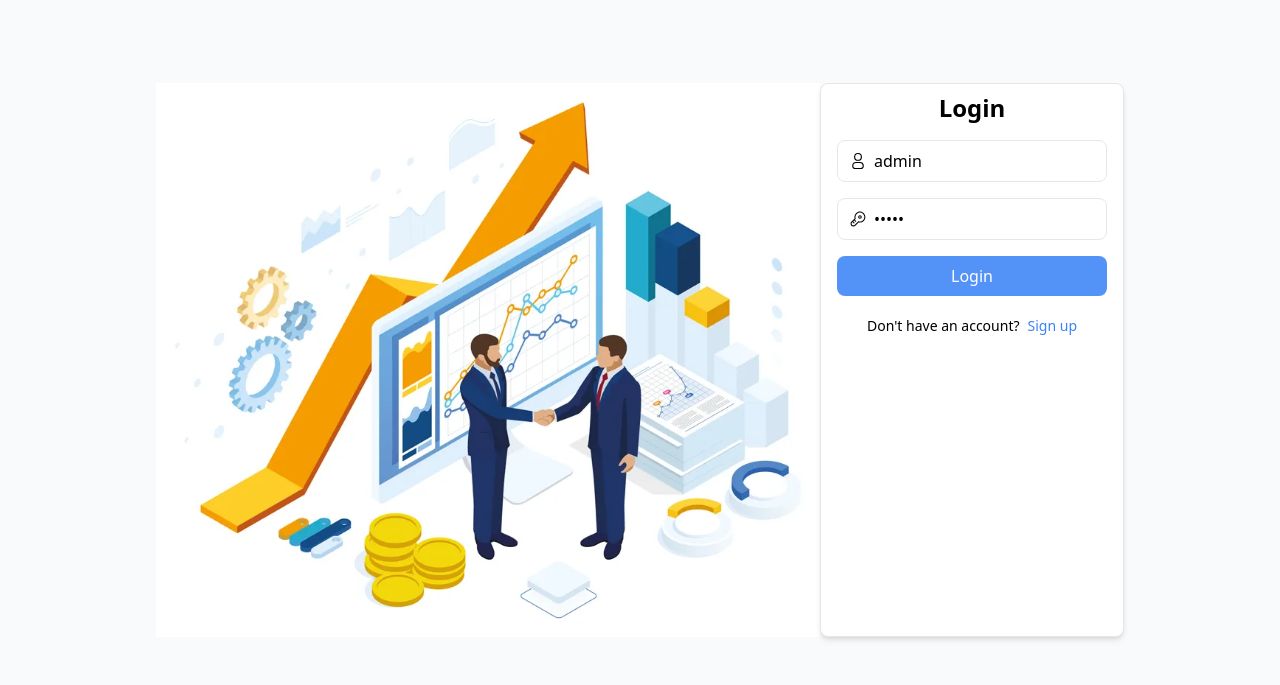
Repository: Fortivera/yourestate
Page: /
These files come from the project's save history. The page is drawn as it stood at one moment and after the next save; the edit follows.
The browser window is 1280 px wide. The pictures show the whole page.
The project was rebuilt for these pictures with package versions that can differ from the ones it lists, and the page was loaded fresh each time. The framework's server and built-in components were replaced by stand-ins that run in the browser. Also part of the build but not shown: next.config.js.

Above is the page before, as saved 2023-11-02 14:06:50.

### src/app/layout.tsx
import './globals.css'



export const metadata = {
  title: 'Home',
  description: "great explanation of something",
}

export default function RootLayout({ children }: { children: React.ReactNode }) {
  return (
    <html lang="en">
      <body>
        {children}
      </body>
    </html>
  );
}

### src/app/page.tsx
import Link from "next/link"
import Image from "next/image"
import SvgNewUser from "public/static/SvgNewUser"
import SvgPassword from "public/static/SvgPassword"

export default function Login() {
  return (
    <div className="min-h-screen bg-gray-50 flex items-center justify-center">
      <div className="flex justify-center w-full px-4 py-10 tablet:w-[540px] laptop:w-[1000px]">
        <div className="flex laptop:flex-row tablet:flex-col mobile:flex-col">
          <figure className="max-h-[1000px] max-w-[800px]  ">
            <Image src="/static/growth.jpg" alt="login page picture" layout="responsive" width={500} height={700} className={""} />
          </figure>
          <div className="w-[400px] px-4 pb-8 pt-2 bg-white border rounded-lg shadow-md">
            <h1 className="text-2xl font-semibold text-center mb-4">Login</h1>

            <div className="mb-4 relative">
              <label className="text-sm" htmlFor="Name">
                <SvgNewUser width={18} height={18} className={"absolute left-3 top-3"} />
              </label>
              <input defaultValue="admin" id="Name" type="text" name="Name" placeholder="Username" autoComplete="given-name" required className="block w-full border rounded-lg py-2 pl-9 mt-1 focus:ring focus:ring-blue-300" />
            </div>

            <div className="mb-4 relative">
              <label className="text-sm" htmlFor="Password">
                <SvgPassword width={18} height={18} className={"absolute left-3 top-3"} />
              </label>
              <input defaultValue="admin" id="Password" type="password" name="Password" placeholder="Password" required className="block w-full border rounded-lg py-2 pl-9 mt-1 focus:ring focus:ring-blue-300" />
            </div>

            <button type="button" aria-label="Sign-in button" className="bg-[#5392f7] text-white rounded-lg w-full py-2 mb-4 hover:bg-[#3b83f6]">
              <Link href="/dashboard">Login</Link>
            </button>
            <div className="flex text-sm justify-center">
              <div className="p-1">Don't have an account?</div>
              <Link href="/user" className="text-blue-500 hover:underline p-1">
                Sign up
              </Link>
            </div>
          </div>
        </div>
      </div>
    </div>
  )
}

### src/app/globals.css

@import url('https://fonts.googleapis.com/css2?family=Lora:ital,wght@0,400;0,500;0,600;1,400;1,500;1,600&family=Montserrat:ital,wght@0,300;0,400;0,500;0,600;1,300;1,400;1,500;1,600&family=Poppins:ital,wght@0,300;0,400;0,500;0,600;0,700;0,800;0,900;1,300;1,400;1,500;1,600;1,700;1,800;1,900&family=Noto+Sans:ital,wght@0,300;0,400;0,500;0,600;0,700;0,800;0,900;1,300;1,400;1,500;1,600;1,700;1,800;1,900&display=swap');

@tailwind base;
@tailwind components;
@tailwind utilities;

.navbarDark{
  background-color:rgb(45 48 56 );
  color: #ddd;
}
.navbarLight {
  background-color: rgb(59 130 246 / 0.5);
  color: black;
}
.propertyListLight {
  background-color: rgb(249 250 251);
  color: black;
  border-color: rgb(229 231 235);
  }
.propertyListDark {
  background-color:rgb(45 48 56 / 0.95);
  color: #ddd;

}
.searchbarLight {
  background-color: rgb(248 250 252);
  color: black;

}
.searchbarDark {
  background-color:rgb(100 116 139 / 0.6);
  color: #ddd;
}
.propertyLight {
  background-color: rgb(249 250 251);
  color: black;

}
.propertyDark {
  background-color:rgb(45 48 56 / 0.95);
  color: #ddd;
}

### public/static/SvgNewUser.tsx
import * as React from "react"
import { SVGProps } from "react"
const SvgNewUser = (props: SVGProps<SVGSVGElement>) => (
  <svg
    xmlns="http://www.w3.org/2000/svg"
    width={800}
    height={800}
    fill="none"
    viewBox="0 0 24 24"
    {...props}
  >
    <g fill="#000" fillRule="evenodd" clipRule="evenodd">
      <path d="M12 2.75a3.75 3.75 0 1 0 0 7.5 3.75 3.75 0 0 0 0-7.5ZM6.75 6.5a5.25 5.25 0 1 1 10.5 0 5.25 5.25 0 0 1-10.5 0ZM4.25 18.571a5.321 5.321 0 0 1 5.321-5.321h4.858a5.321 5.321 0 0 1 5.321 5.321 4.179 4.179 0 0 1-4.179 4.179H8.43a4.179 4.179 0 0 1-4.179-4.179Zm5.321-3.821a3.821 3.821 0 0 0-3.821 3.821c0 1.48 1.2 2.679 2.679 2.679h7.142c1.48 0 2.679-1.2 2.679-2.679 0-2.11-1.71-3.821-3.821-3.821H9.57Z" />
    </g>
  </svg>
)
export default SvgNewUser

### public/static/SvgPassword.tsx
import * as React from "react"
import { SVGProps } from "react"
const SvgPassword = (props: SVGProps<SVGSVGElement>) => (
    <svg
        xmlns="http://www.w3.org/2000/svg"
        width={800}
        height={800}
        fill="none"
        viewBox="0 0 24 24"
        {...props}
    >
        <g fill="#000" fillRule="evenodd" clipRule="evenodd">
            <path d="M4.51 14.999a.689.689 0 0 1 .975 0l1.75 1.749a.689.689 0 0 1-.975.974l-1.75-1.75a.689.689 0 0 1 0-.973ZM6.698 12.812a.689.689 0 0 1 .974 0l1.749 1.75a.689.689 0 0 1-.974.974l-1.75-1.75a.689.689 0 0 1 0-.974Z" />
            <path d="M18.752 5.232c-2.32-2.313-6.075-2.312-8.386 0h-.001c-1.612 1.604-2.1 3.915-1.472 5.958.075.243.009.509-.172.69L3.74 16.86a.975.975 0 0 0-.184.341.912.912 0 0 0-.055.38l.001.006.262 1.901a.912.912 0 0 0 .262.474.857.857 0 0 0 .462.256l1.913.263c.08.012.223.003.385-.05a.838.838 0 0 0 .324-.177l.008-.007 4.995-4.986a.688.688 0 0 1 .692-.17c2.028.634 4.34.14 5.956-1.466a5.94 5.94 0 0 0-.009-8.393Zm-9.36-.975c2.85-2.85 7.475-2.848 10.332 0 2.86 2.849 2.86 7.493.01 10.342l-.001.002A7.316 7.316 0 0 1 12.8 16.52l-4.707 4.698a2.19 2.19 0 0 1-.883.523c-.309.1-.668.152-1.006.104h-.003L4.3 21.582c-.491-.069-.928-.326-1.25-.65a2.279 2.279 0 0 1-.649-1.24l-.001-.01-.262-1.902v-.003a2.26 2.26 0 0 1 .111-1.012c.102-.305.27-.625.505-.868l.007-.007 4.703-4.702c-.591-2.404.043-5.056 1.928-6.932Z" />
            <path d="M14.62 8.302a1.06 1.06 0 1 0 0 2.121 1.06 1.06 0 0 0 0-2.121Zm-2.438 1.06a2.438 2.438 0 1 1 4.876 0 2.438 2.438 0 0 1-4.877 0Z" />
        </g>
    </svg>
)
export default SvgPassword

### tailwind.config.js
/* eslint-disable prettier/prettier */
/** @type {import('tailwindcss').Config} */
module.exports = {
  content: [
    "./app/**/*.{js,ts,jsx,tsx}",
    "./pages/**/*.{js,ts,jsx,tsx}",
    "./components/**/*.{js,ts,jsx,tsx}",

    // Or if using `src` directory:
    "./src/**/*.{js,ts,jsx,tsx}",
  ],
  theme: {
    extend: {
      fontFamily: {
        Poppins: ["Poppins", "sans-serif"],
        Montserrat: ["Montserrat", "sans-serif"],
        Lora: ["Lora", "sans-serif"],
        Noto: ["Noto Sans", "sans-serif"],
      },
      screens: {
        'mobile': "320px",
        'tablet': "481px",
        'laptop': "769px",
       ' desktop': "1025px",
      },


    },
    plugins: [],
  },
}

After the next save:
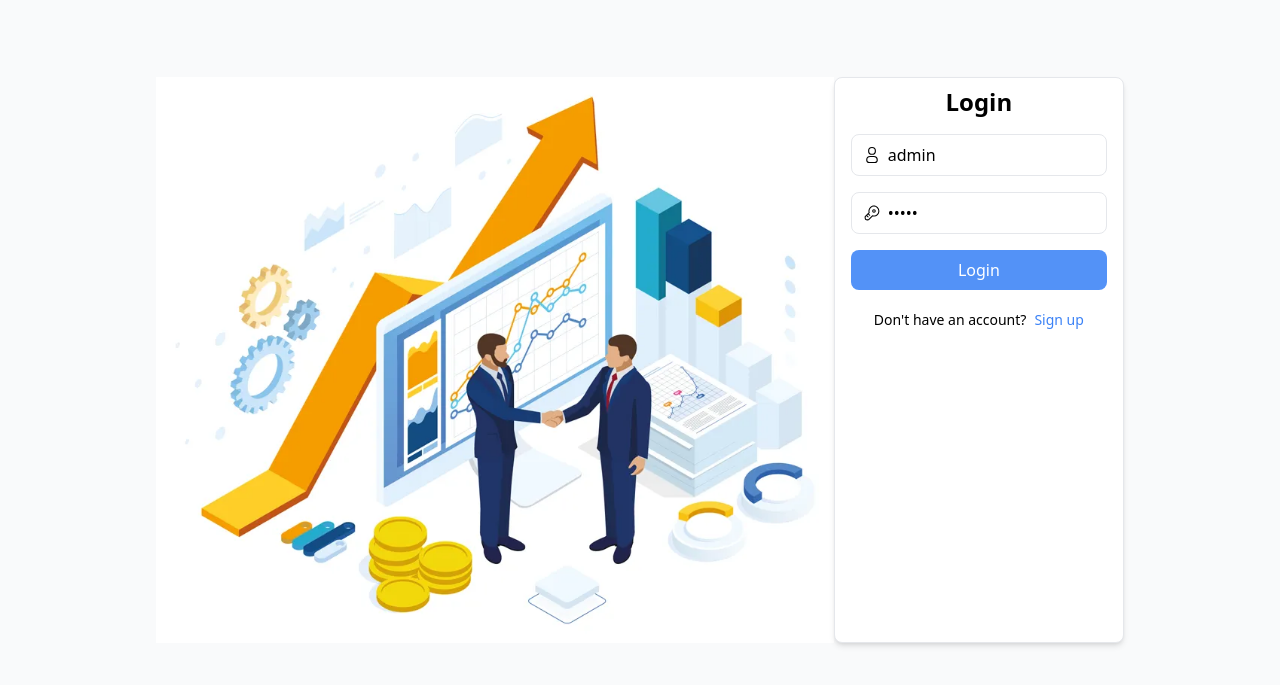
Saved 4 min 22 s later.
--- a/src/app/page.tsx
+++ b/src/app/page.tsx
@@ -8,7 +8,7 @@ export default function Login() {
     <div className="min-h-screen bg-gray-50 flex items-center justify-center">
       <div className="flex justify-center w-full px-4 py-10 tablet:w-[540px] laptop:w-[1000px]">
         <div className="flex laptop:flex-row tablet:flex-col mobile:flex-col">
-          <figure className="max-h-[1000px] max-w-[800px]  ">
+          <figure className="h-full w-full  ">
             <Image src="/static/growth.jpg" alt="login page picture" layout="responsive" width={500} height={700} className={""} />
           </figure>
           <div className="w-[400px] px-4 pb-8 pt-2 bg-white border rounded-lg shadow-md">
